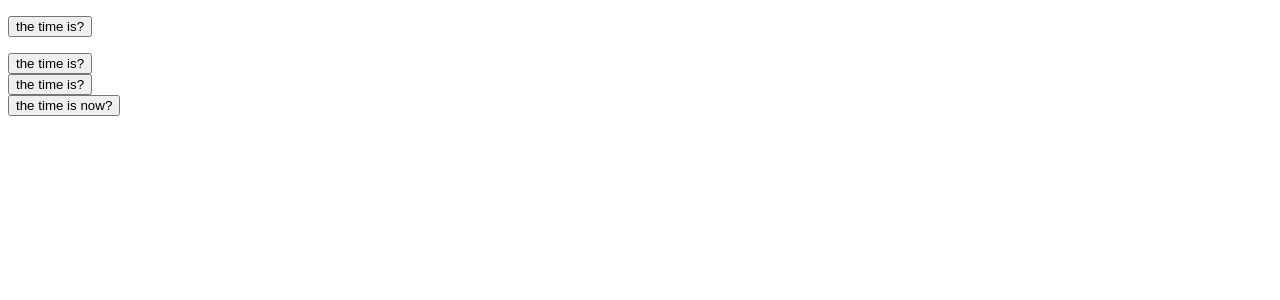
Repository: Dauddaniel/my-clock
Page: Bulb/Event.html
These files come from the project's save history. The page is drawn as it stood at one moment and after the next save; the edit follows.
The browser window is 1280 px wide. The pictures show the whole page.

Above is the page before, as saved 2023-05-18 08:14:41.
Console error: SyntaxError: Unexpected token '='

After the next save:
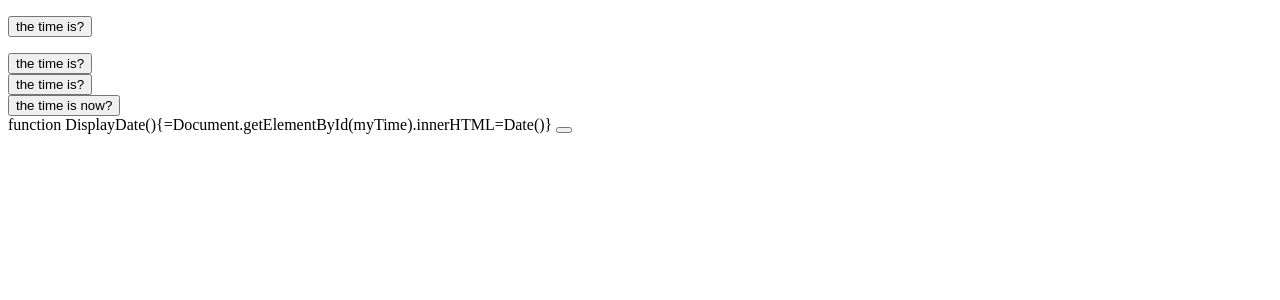
The error is gone.
Saved 56 s later.
--- a/Bulb/Event.html
+++ b/Bulb/Event.html
@@ -16,7 +16,7 @@
     <button onclick="Document.getElementById(demo).innerHTML=Date()">the time is?</button><br>
     <button onclick="DisplayDate()">the time is now?</button><br>
     <audio src="audio.mp3" control muted>sorry your browser does not support embedding audio.</audio>
-    <script>
+
         function DisplayDate(){=Document.getElementById(myTime).innerHTML=Date()}
         <button onmouseout="document.getElementById("onmouse")"></button>
 
